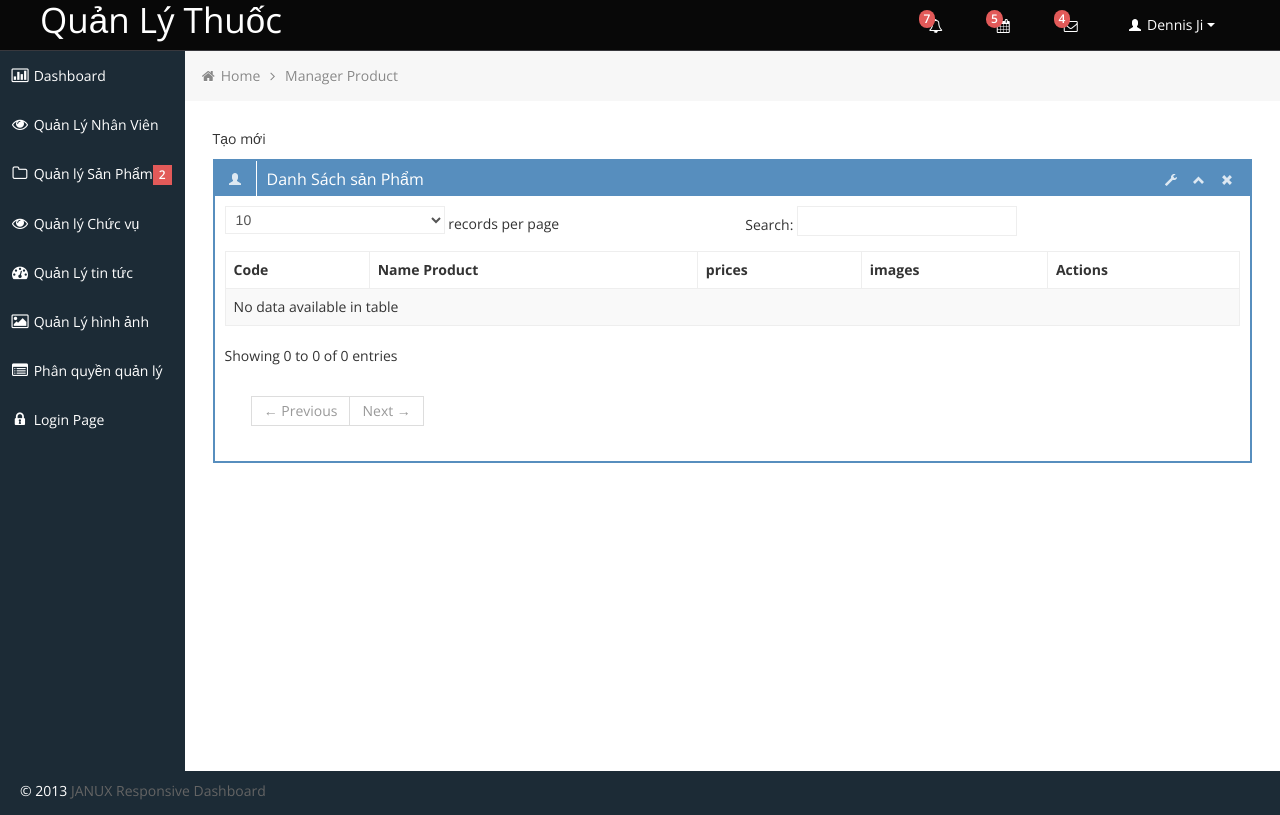
Repository: quangqt/QuanLyThuoc
Page: http://localhost/QuanLyThuoc/
An editor plug-in stored every save of this project. The page is shown before and after the next save, followed by the edit.
The browser window is 1280 px wide. The pictures show the whole page.
The page is served by Tomcat 9. Queries for data that is not in the repository find no rows.

Above is the page before, as saved 2018-05-02 05:12:35.

After the next save:
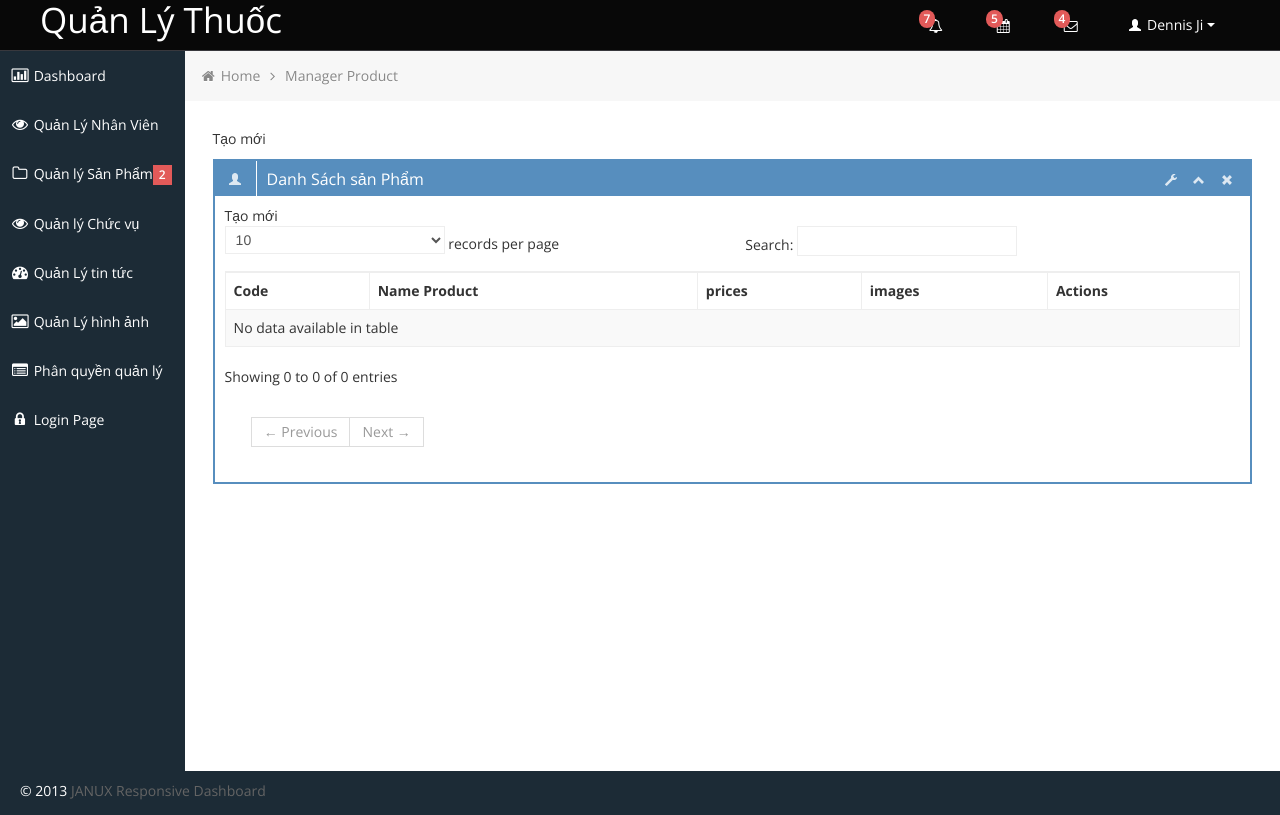
Saved 91 s later.
--- a/web-duoc/QuanLyThuoc/WebContent/WEB-INF/admin/managerProduct.jsp
+++ b/web-duoc/QuanLyThuoc/WebContent/WEB-INF/admin/managerProduct.jsp
@@ -45,6 +45,7 @@
 							<table
 								class="table table-striped table-bordered bootstrap-datatable datatable">
 								<thead>
+									<tr>Tạo mới</tr>
 									<tr>
 										<th>Code</th>
 										<th>Name Product</th>
